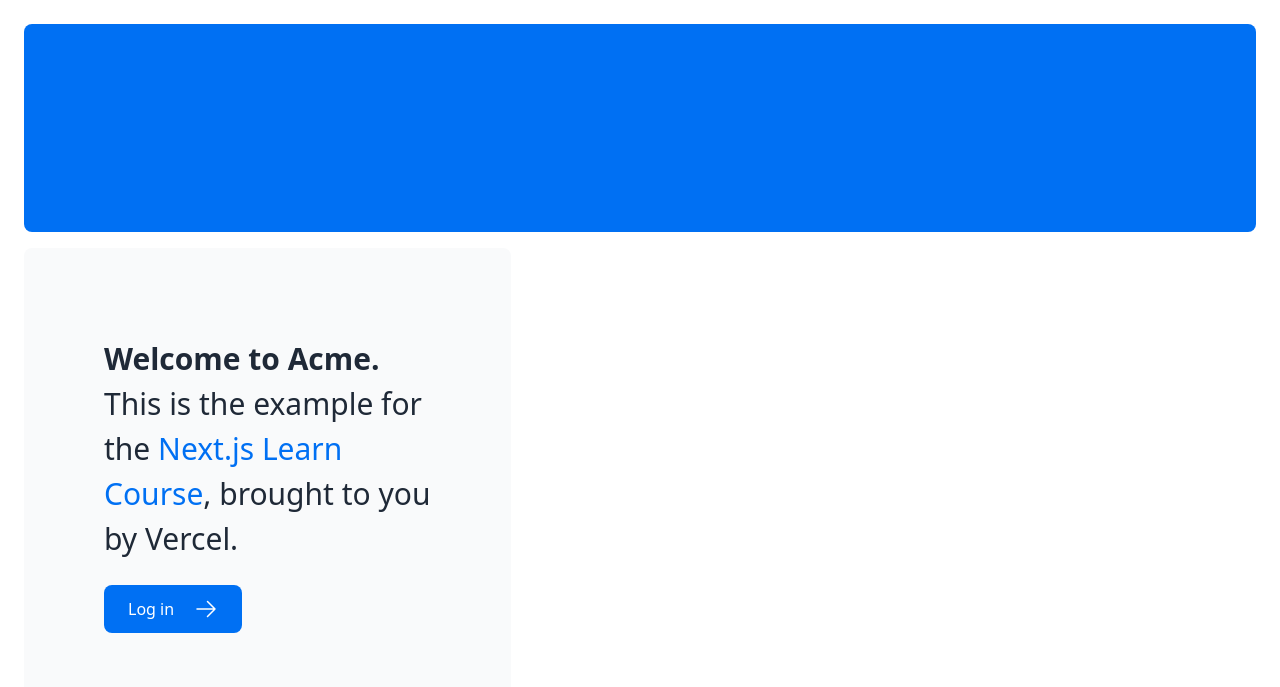
Repository: ankit-Kumar-4/nextjs-dashboard
Page: /
An editor plug-in stored every save of this project. The page is shown before and after the next save, followed by the edit.
The browser window is 1280 px wide. The pictures show the whole page.
The project was rebuilt for these pictures with package versions that can differ from the ones it lists, and the page was loaded fresh each time. The framework's server and built-in components were replaced by stand-ins that run in the browser. Also part of the build but not shown: next.config.mjs, app/ui/home.modules.css.

Above is the page before, as saved 2024-06-27 12:47:51.

### app/page.tsx
import AcmeLogo from '@/app/ui/acme-logo';
import { ArrowRightIcon } from '@heroicons/react/24/outline';
import Link from 'next/link';
import styles from '@/app/ui/home.modules.css';

export default function Page() {
  return (
    <main className="flex min-h-screen flex-col p-6">
      <div className="flex h-20 shrink-0 items-end rounded-lg bg-blue-500 p-4 md:h-52">
        {/* <AcmeLogo /> */}
      </div>
      <div className="mt-4 flex grow flex-col gap-4 md:flex-row">
        <div className="flex flex-col justify-center gap-6 rounded-lg bg-gray-50 px-6 py-10 md:w-2/5 md:px-20">
          <div
            // className="relative w-0 h-0 border-l-[15px] border-r-[15px] border-b-[26px] border-l-transparent border-r-transparent border-b-black"
            className={styles.shape}
          />
          <p className={`text-xl text-gray-800 md:text-3xl md:leading-normal`}>
            <strong>Welcome to Acme.</strong> This is the example for the{' '}
            <a href="https://nextjs.org/learn/" className="text-blue-500">
              Next.js Learn Course
            </a>
            , brought to you by Vercel.
          </p>
          <Link
            href="/login"
            className="flex items-center gap-5 self-start rounded-lg bg-blue-500 px-6 py-3 text-sm font-medium text-white transition-colors hover:bg-blue-400 md:text-base"
          >
            <span>Log in</span> <ArrowRightIcon className="w-5 md:w-6" />
          </Link>
        </div>
        <div className="flex items-center justify-center p-6 md:w-3/5 md:px-28 md:py-12">
          {/* Add Hero Images Here */}
        </div>
      </div>
    </main>
  );
}

Loaded but not shown: app/layout.tsx (common file); app/ui/global.css (common file); tailwind.config.ts (common file); app/ui/home.module.css (common file)

After the next save:
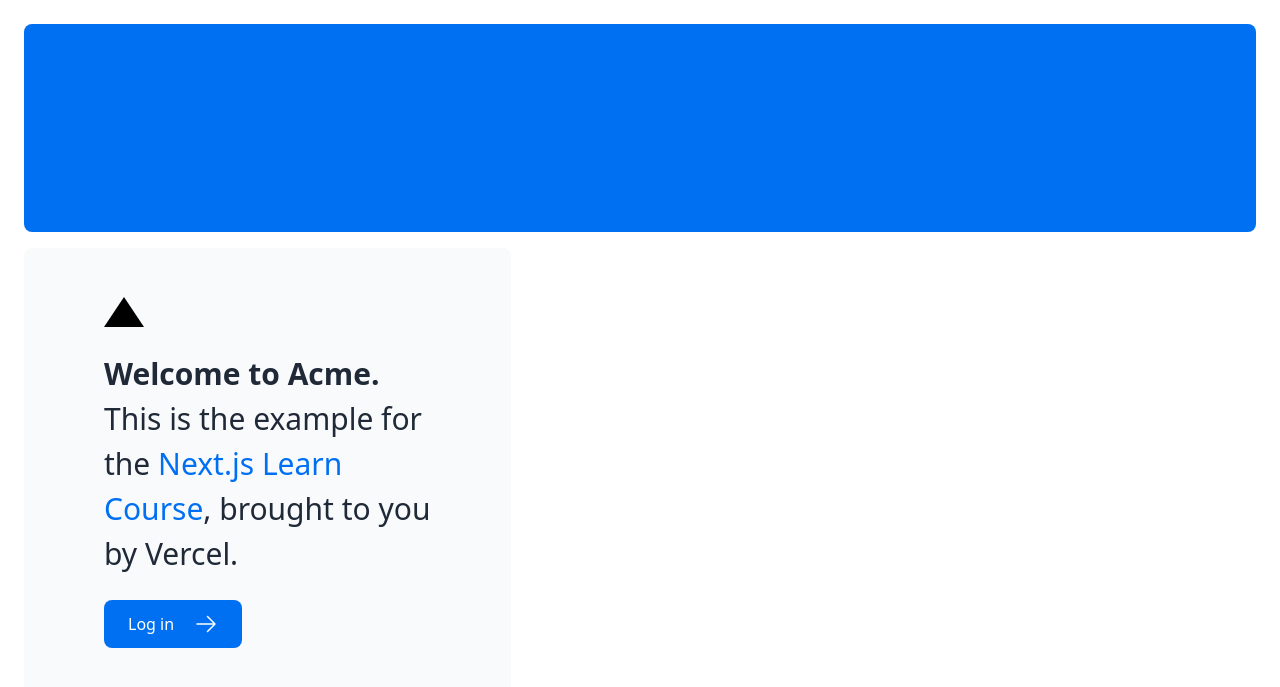
Saved 87 s later.
--- a/app/page.tsx
+++ b/app/page.tsx
@@ -1,7 +1,7 @@
 import AcmeLogo from '@/app/ui/acme-logo';
 import { ArrowRightIcon } from '@heroicons/react/24/outline';
 import Link from 'next/link';
-import styles from '@/app/ui/home.modules.css';
+import styles from '@/app/ui/home.module.css';
 
 export default function Page() {
   return (
